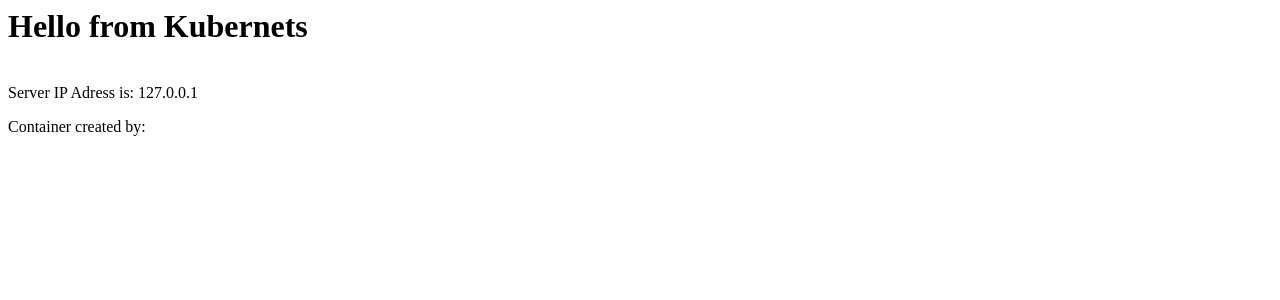
Repository: ISkliarov/Kubernetes
Page: http://localhost/
An editor plug-in stored every save of this project. The page is shown before and after the next save, followed by the edit.
The browser window is 1280 px wide. The pictures show the whole page.
The page is run by PHP 8.4 with error messages shown; the project is at /var/www/html/.

Above is the page before, as saved 2023-08-21 17:45:30.

### Dockerfile/index.php
<?php
$ip_server = $_SERVER['SERVER_ADDR'];

echo "<h1>Hello from Kubernets</h1><br>";
echo "Server IP Adress is: $ip_server", "<br><p>";
echo "Container created by: "

?>

After the next save:
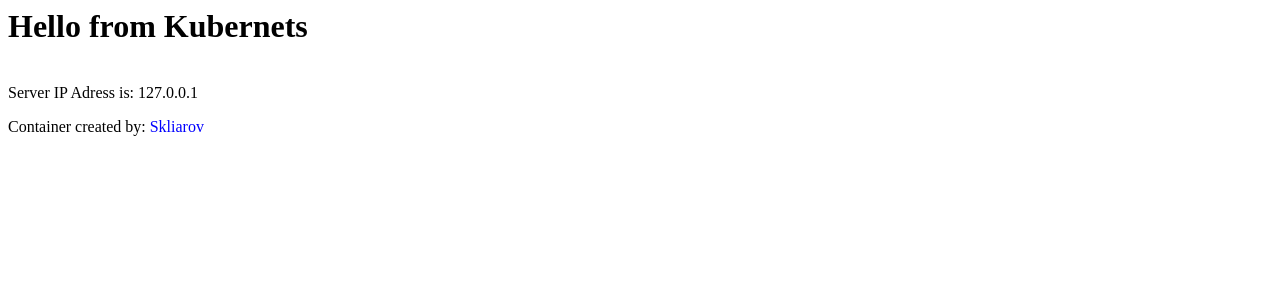
Saved 31 s later.
--- a/Dockerfile/index.php
+++ b/Dockerfile/index.php
@@ -3,6 +3,6 @@ $ip_server = $_SERVER['SERVER_ADDR'];
 
 echo "<h1>Hello from Kubernets</h1><br>";
 echo "Server IP Adress is: $ip_server", "<br><p>";
-echo "Container created by: "
+echo "Container created by: <font color=blue> Skliarov"
 
 ?>
